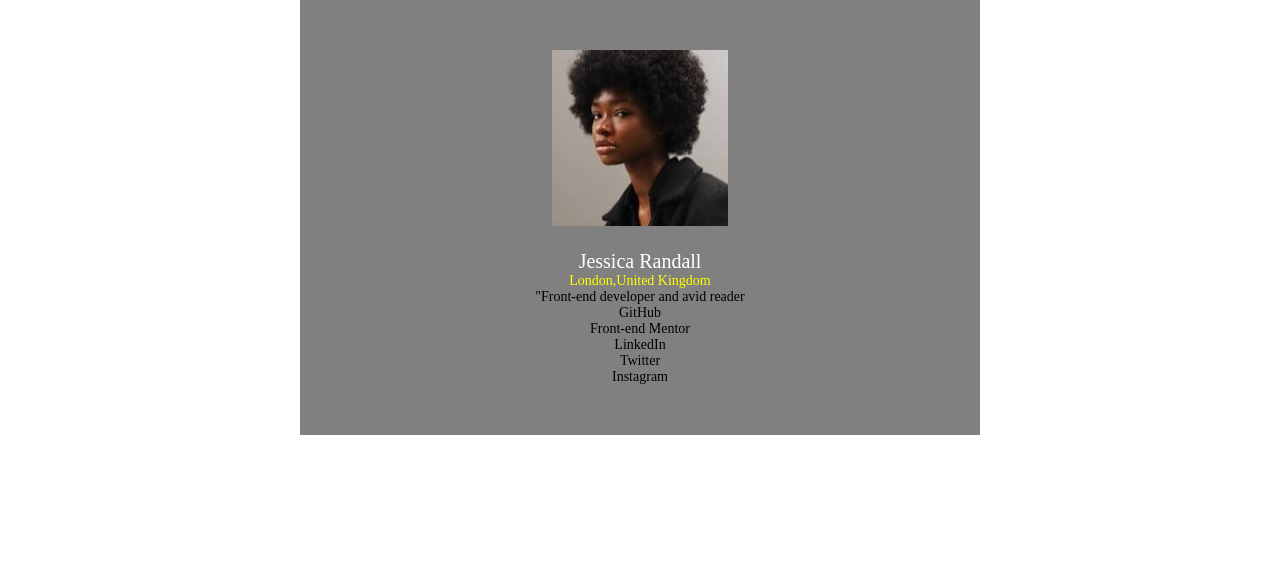
Repository: JosephAbatan05/Social-links-profile
Page: social-links-profile-main/index.html
These files come from the project's save history. The page is drawn as it stood at one moment and after a run of saves; the edit follows.
The browser window is 1280 px wide. The pictures show the whole page.

Above is the page before, as saved 2025-01-23 14:05:15.

After the next 3 saves:
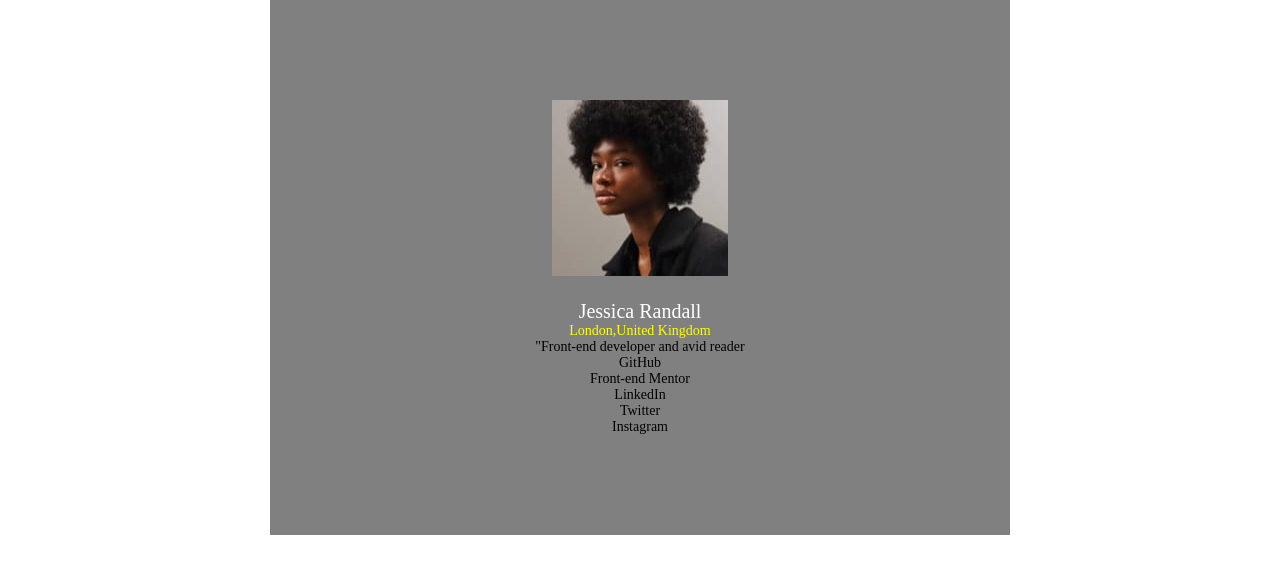
The 3 saves are shown as one change because they came seconds apart.
The last was saved 12 s later.
--- a/social-links-profile-main/styles.css
+++ b/social-links-profile-main/styles.css
@@ -6,7 +6,7 @@ body{
 .container{
     text-align: center;
     margin: 0 auto;
-    padding: 50px 20px;
+    padding: 100px 50px;
     font-size:14px;
     background-color: grey;
     max-width: 50%;
